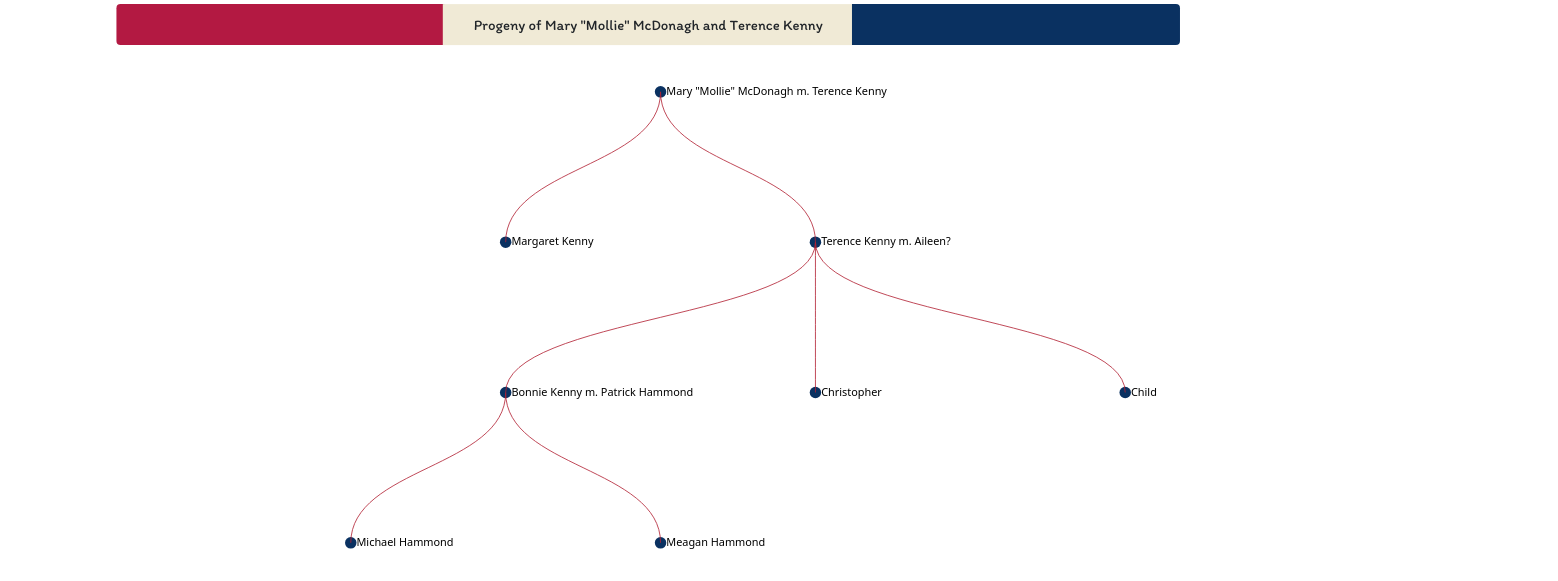
Repository: George2916/GreensladeFamilyTree
Page: progenyMollieMcDonagh.html
The author's editor kept a record of every edit. The page is drawn from the files as they stood at one moment, then again after the next edit.
The browser window is 1280 px wide. The page is 1900 px wide, so the pictures cover 1900 px, including what lies to the right of the window. The pictures show the whole page, at 82% of full size.

Above is the page before.

After the next edit:
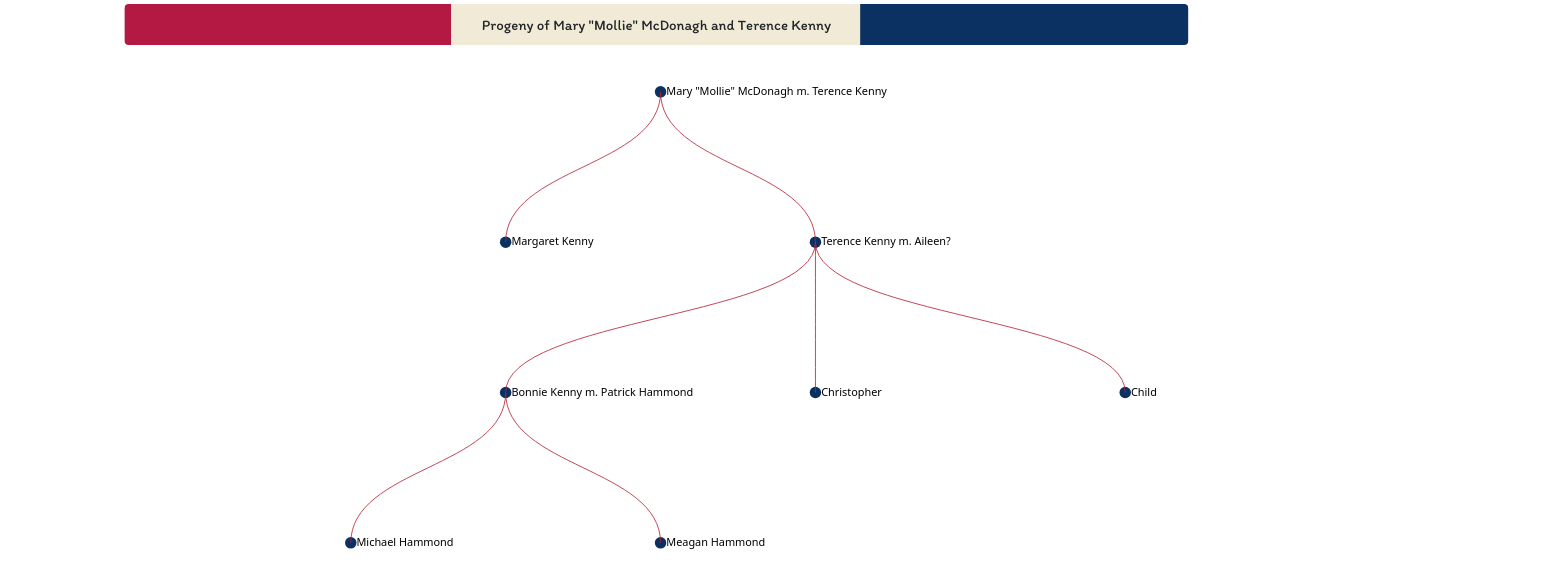
The edit:
--- a/progenyMollieMcDonagh.html
+++ b/progenyMollieMcDonagh.html
@@ -26,7 +26,7 @@
     <div class="container-fluid">
 
   <div>
-    <div class="progenySarahA"></div>
+    <div class="progenyMaryA"></div>
 	  <div class="progenySarahB" id="progeny">Progeny of Mary "Mollie" McDonagh and Terence Kenny</div>
 	  <div class="progenySarahC"></div>
   </div>
